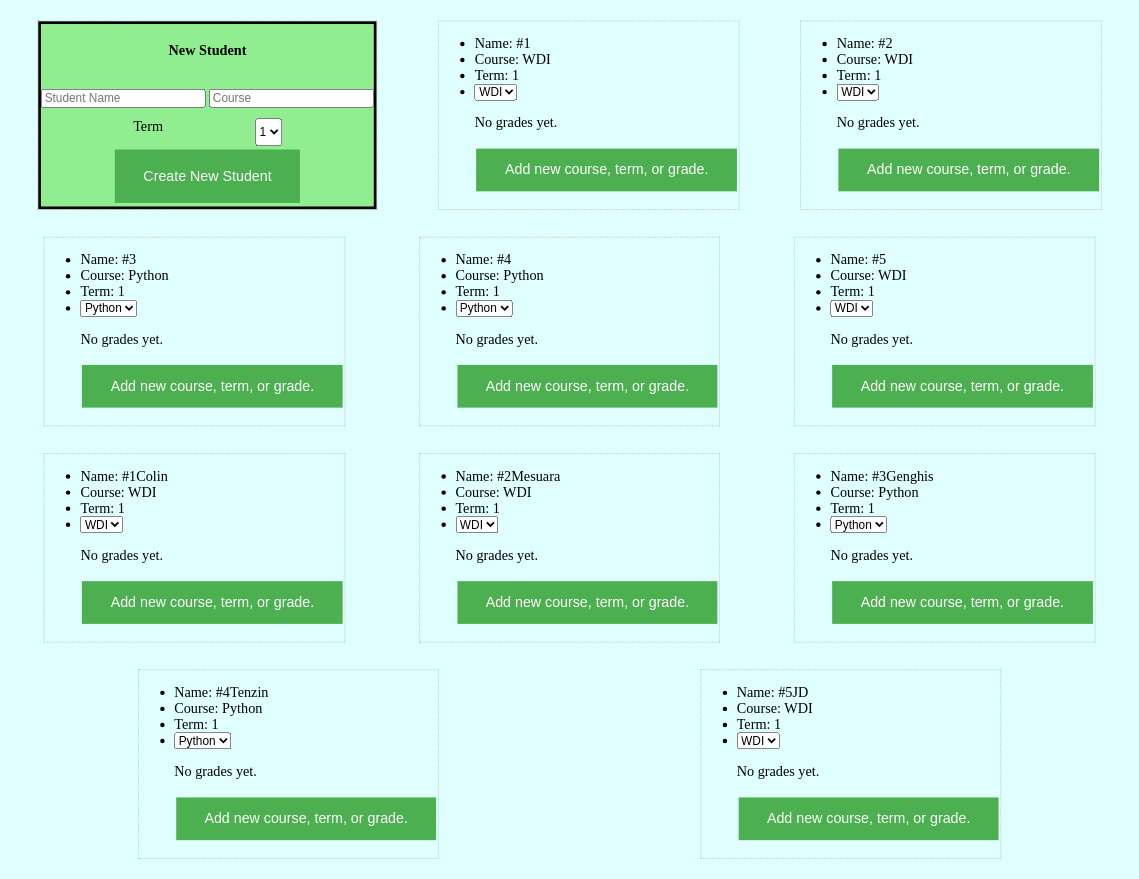
Repository: EdmontDantes/graderaide-ui
Page: index.html
The author's editor kept a copy of each file at every save. The page is drawn from the files as they stood at one save, then again after a run of saves.
The browser window is 1280 px wide. The pictures show the whole page, at 89% of full size.

Above is the page before, as saved 2020-04-21 15:14:44.

### index.html
<html lang="en">
  <head>
    <title>Graderaide</title>
    <meta charset="UTF-8">
    <meta name="viewport" content="width=device-width, initial-scale=1">
    <link rel="stylesheet" type="text/css" href="style.css">
  </head>

  <body>
    <section class="app">
      <section class="student-display">

      <section class="new-student-input">
        <h1 id="text-h1-creation-section">New Student</h1>

        <div id="new-student-input-boxes">
          <!-- <label for="new-student-name">Student Name</label> -->
          <input id="new-student-name-input-box"type="text" class="new-student-name" name="new-student-name" placeholder="Student Name">
          <!-- <label for="new-student-course">Course</label> -->
          <input id="new-student-course-input-box" type="text" class="new-student-course" name="new-student-course" placeholder="Course">
        </div>

        <div id="new-student-input-options"
          <label for="new-student-term">Term</label>
          <select class="new-student-term" name="new-student-term">
            <option value="1">1</option>
            <option value="2">2</option>
            <option value="3">3</option>
          </select>
        </div>
        <section class="new-student-submit">
          <button type="submit" class="new-student-button">Create New Student</button>
        </section>
      </section>
    </section>

      <section class="student-display">
        <ul class="student-info">
          <li>Name: #1</li>
          <li>Course: WDI</li>
          <li>Term: 1</li>
          <li>
            <select class="course-selection">
              <option value="wdi">WDI</option>
            </select>
            <p>No grades yet.</p>
          </li><button>Add new course, term, or grade.</button>
        </ul>
      </section>
      <section class="student-display">
        <ul class="student-info">
          <li>Name: #2</li>
          <li>Course: WDI</li>
          <li>Term: 1</li>
          <li>
            <select class="course-selection">
              <option value="wdi">WDI</option>
            </select>
            <p>No grades yet.</p>
          </li><button>Add new course, term, or grade.</button>
        </ul>
      </section>

      <section class="student-display">
        <ul class="student-info">
          <li>Name: #3</li>
          <li>Course: Python</li>
          <li>Term: 1</li>
          <li>
            <select class="course-selection">
              <option value="python">Python</option>
            </select>
            <p>No grades yet.</p>
          </li><button>Add new course, term, or grade.</button>
        </ul>
      </section>

      <section class="student-display">
        <ul class="student-info">
          <li>Name: #4</li>
          <li>Course: Python</li>
          <li>Term: 1</li>
          <li>
            <select class="course-selection">
              <option value="python">Python</option>
            </select>
            <p>No grades yet.</p>
          </li><button>Add new course, term, or grade.</button>
        </ul>
      </section>

      <section class="student-display">
        <ul class="student-info">
          <li>Name: #5</li>
          <li>Course: WDI</li>
          <li>Term: 1</li>
          <li>
            <select class="course-selection">
              <option value="wdi">WDI</option>
            </select>
            <p>No grades yet.</p>
          </li><button>Add new course, term, or grade.</button>
        </ul>
      </section>

      <section class="student-display">
        <ul class="student-info">
          <li>Name: #1Colin</li>
          <li>Course: WDI</li>
          <li>Term: 1</li>
          <li>
            <select class="course-selection">
              <option value="wdi">WDI</option>
            </select>
            <p>No grades yet.</p>
          </li><button>Add new course, term, or grade.</button>
        </ul>
      </section>
      <section class="student-display">
        <ul class="student-info">
          <li>Name: #2Mesuara</li>
          <li>Course: WDI</li>
          <li>Term: 1</li>
          <li>
            <select class="course-selection">
              <option value="wdi">WDI</option>
            </select>
            <p>No grades yet.</p>
          </li><button>Add new course, term, or grade.</button>
        </ul>
      </section>

      <section class="student-display">
        <ul class="student-info">
          <li>Name: #3Genghis</li>
          <li>Course: Python</li>
          <li>Term: 1</li>
          <li>
            <select class="course-selection">
              <option value="python">Python</option>
            </select>
            <p>No grades yet.</p>
          </li><button>Add new course, term, or grade.</button>
        </ul>
      </section>

      <section class="student-display">
        <ul class="student-info">
          <li>Name: #4Tenzin</li>
          <li>Course: Python</li>
          <li>Term: 1</li>
          <li>
            <select class="course-selection">
              <option value="python">Python</option>
            </select>
            <p>No grades yet.</p>
          </li><button>Add new course, term, or grade.</button>
        </ul>
      </section>

      <section class="student-display">
        <ul class="student-info">
          <li>Name: #5JD</li>
          <li>Course: WDI</li>
          <li>Term: 1</li>
          <li>
            <select class="course-selection">
              <option value="wdi">WDI</option>
            </select>
            <p>No grades yet.</p>
          </li><button>Add new course, term, or grade.</button>
        </ul>
      </section>
      </section>
    </section>
  </body>
</html>

### style.css
@media (min-width: 601px) and (max-width: 1100px);
body {
    background-color: lightcyan;
    display: flex;
    flex-wrap: wrap;
    justify-content: center;
}

.app {
    display: flex;
    flex-direction: row;
    flex-wrap: wrap;
    justify-content: space-around;
}

#text-h1-creation-section {
    display: flex;
    flex-wrap: wrap;
    justify-content: center;
}

#new-student-input-options {
    display: flex;
    flex-wrap: wrap;
    justify-content: space-evenly;
}

.new-student-submit {
    display: flex;
    flex-wrap: wrap;
    justify-content: center;
}

.new-student-input {
    display: grid;

    background-color: lightgreen;
    border: 3px solid black;

}
button {
    background-color: #4CAF50; /* Green */
    border: none;
    color: white;
    padding: 15px 32px;
    text-align: center;
    text-decoration: none;
    display: inline-block;
    font-size: 16px;
    margin: 4px 2px;
    cursor: pointer;
}

.student-display {
    display: flex;
    justify-content: space-around;
    border: 1px dotted #BFC0C0;
    margin: 15px;
}

.student-info {
    display: flex;
    flex-direction: column;
    justify-content: space-evenly;
}

After the next 3 saves:
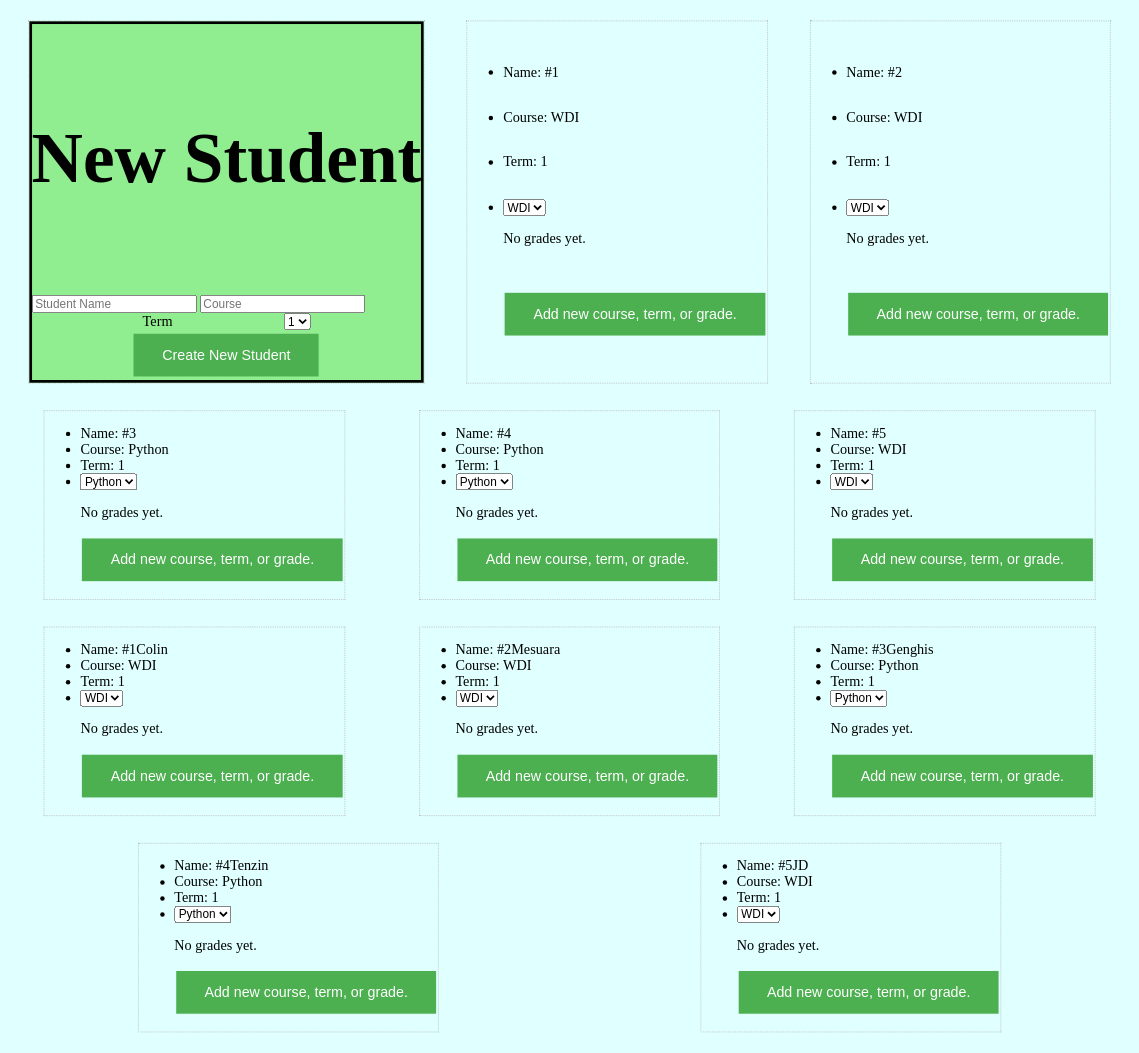
The 3 saves are shown as one change because they came seconds apart.
The last was saved 24 s later.
--- a/style.css
+++ b/style.css
@@ -17,6 +17,7 @@ body {
     display: flex;
     flex-wrap: wrap;
     justify-content: center;
+    font-size: 5em;
 }
 
 #new-student-input-options {
